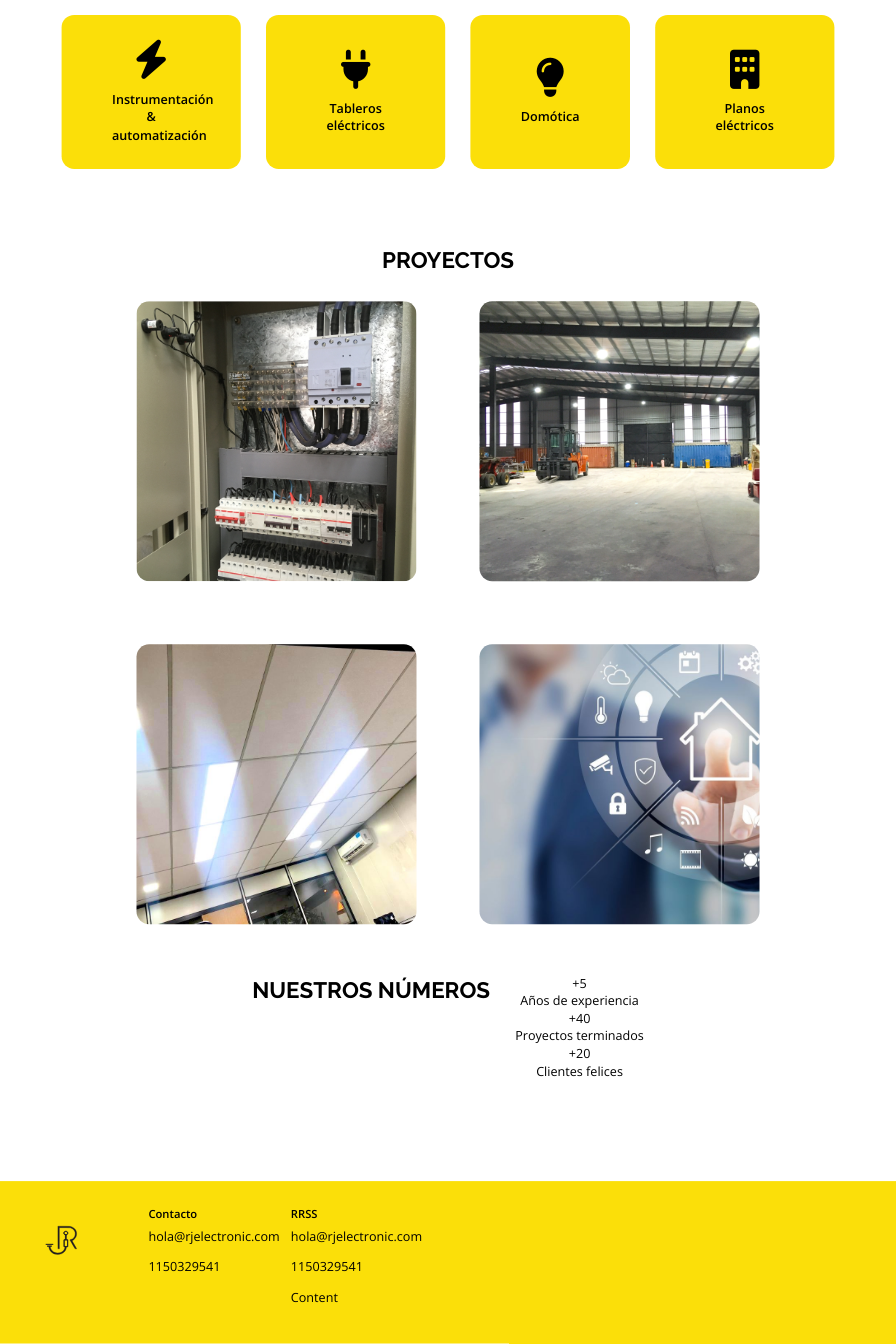
Repository: jeraldinnemg/rjelectronics
Page: index.html
These files come from the project's save history. The page is drawn as it stood at one moment and after the next save; the edit follows.
The browser window is 1280 px wide. The pictures show the part of the page from y = 795 to 2715 px (the page is 2715 px tall before and 2659 px after), at 70% of full size.
Some web libraries are served in a nearby version.

Above is the page before, as saved 2022-07-27 20:39:21.

After the next save:
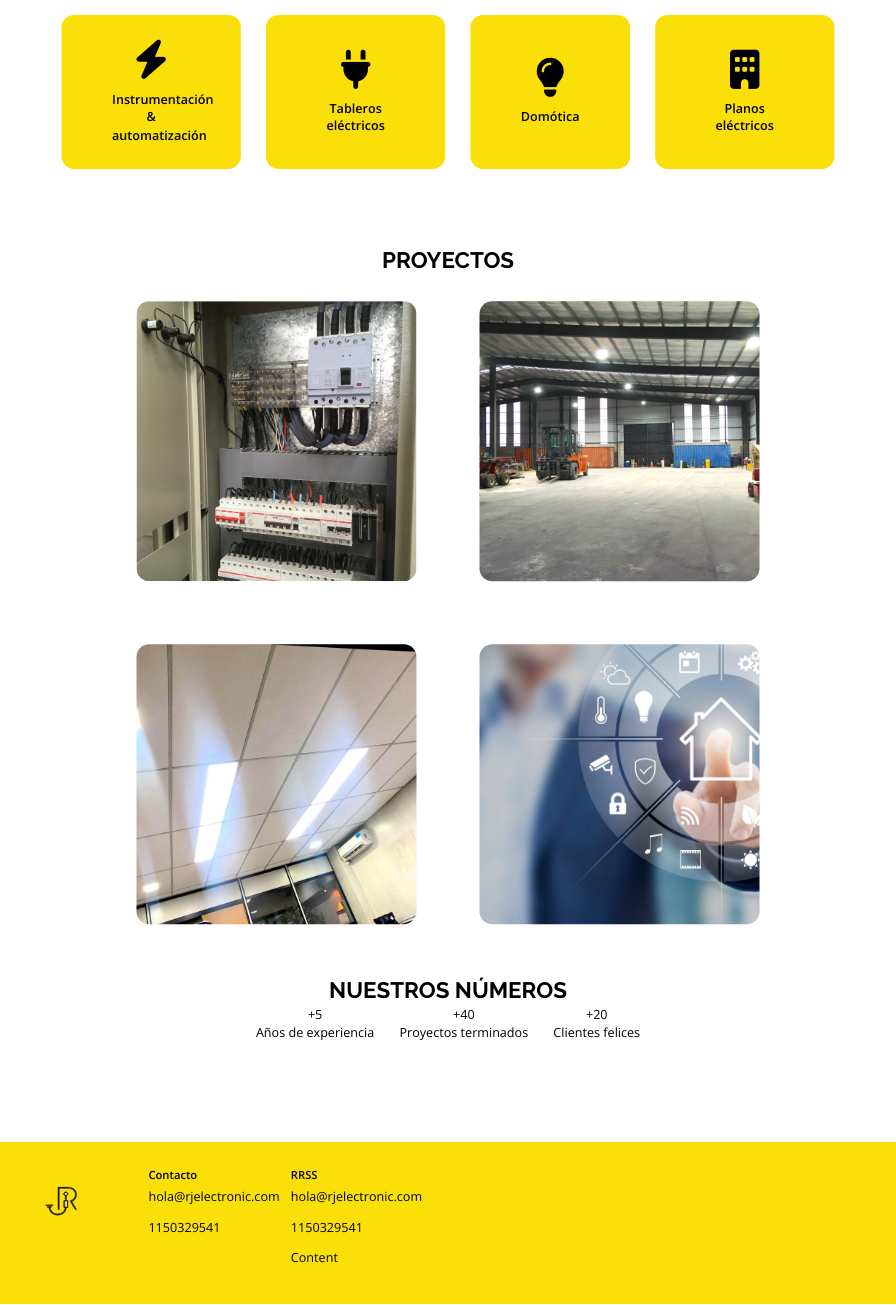
Saved 30 s later.
--- a/index.html
+++ b/index.html
@@ -133,9 +133,9 @@
                 </article>
         </div>
         </section>
-        <section class="statics container">
+        <section class="statics">
             <h2 class="ff-serif fs-600 uppercase">Nuestros números</h2>
-            <div >
+            <div class="container" >
             <div>
                 <span>+5</span>
                 <p>Años de experiencia</p>
